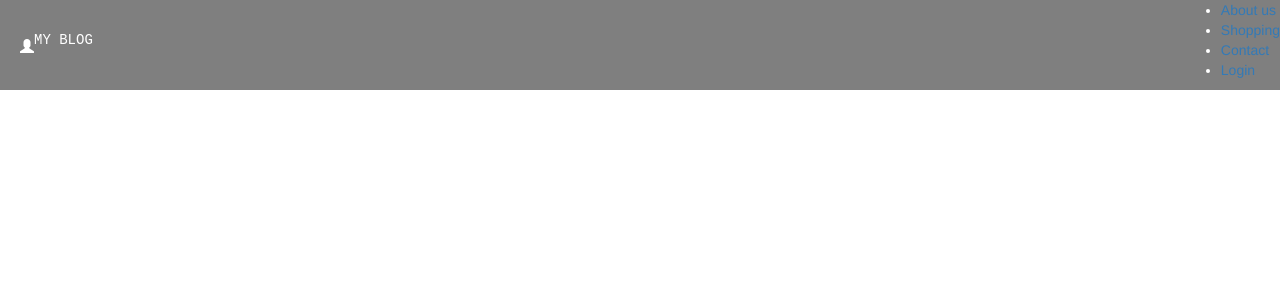
Repository: alikahwaji/HTML-CSS
Page: index.html
The author's editor kept a copy of each file at every save. The page is drawn from the files as they stood at one save, then again after the next save.
The browser window is 1280 px wide. The pictures show the whole page.

Above is the page before, as saved 2019-10-07 13:13:16.

### index.html
<!DOCTYPE html>
  <head>
    <meta charset="utf-8">
    <meta http-equiv="X-UA-Compatible" content="IE=edge">
    <title></title>
    <meta name="description" content="">
    <meta name="viewport" content="width=device-width, initial-scale=1">
    <link rel="stylesheet" href="https://maxcdn.bootstrapcdn.com/bootstrap/3.3.7/css/bootstrap.min.css">
    <link rel="stylesheet" href="./style.css">
  </head>
  <body>
    <header>
      <div>
        <i class="glyphicon glyphicon-user"></i>
        <p>MY BLOG</p>
      </div>
      <nav>
        <ul>
          <li><a href="#">About us</a></li>
          <li><a href="#">Shopping</a></li>
          <li><a href="#">Contact</a></li>
          <li><a href="#">Login</a></li>
        </ul>
      </nav>
    </header>
    <script src="" async defer></script>
  </body>
</html>

### style.css
header{
  display: flex;
  justify-content: space-between;
  color: white;
  background: rgba(0, 0, 0, 0.5)
}

header div {
  display: flex;
  justify-content: space-between;
  align-items: center;
  font-family: 'Courier New', Courier, monospace;
  margin: 0 2rem;
}

After the next save:
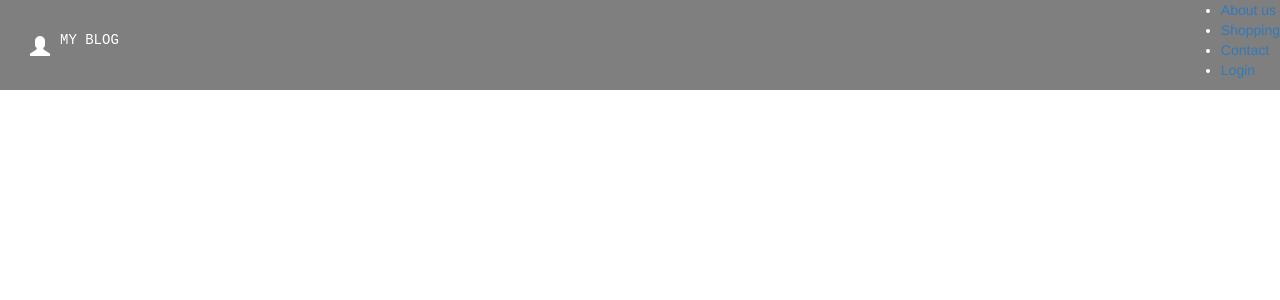
Saved 73 s later.
--- a/style.css
+++ b/style.css
@@ -12,3 +12,8 @@ header div {
   font-family: 'Courier New', Courier, monospace;
   margin: 0 2rem;
 }
+
+header div i {
+  font-size: 2rem;
+  margin: 1rem;
+}
